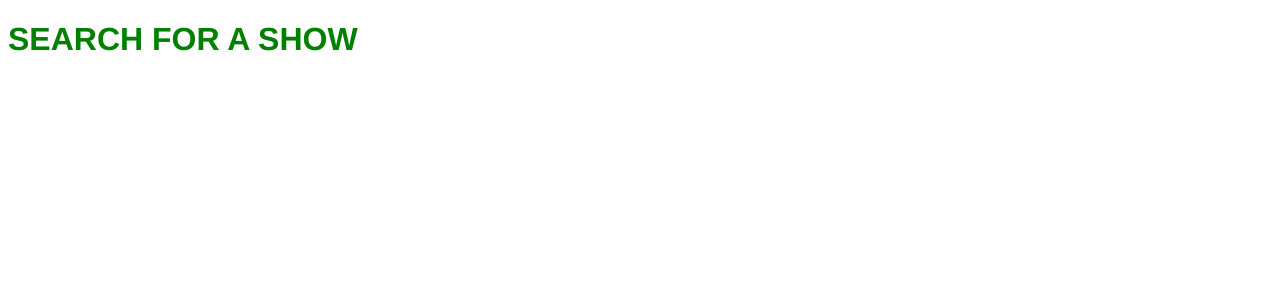
Repository: danielBorowik/tv-series
Page: /#/
An editor plug-in stored every save of this project. The page is shown before and after the next save, followed by the edit.
The browser window is 1280 px wide. The pictures show the whole page.
The project was rebuilt for these pictures with package versions that can differ from the ones it lists, and the page was loaded fresh each time. Also part of the build but not shown: src/components/searchItem.vue, src/components/modal.vue.

Above is the page before, as saved 2019-12-29 16:02:33.

After the next save:
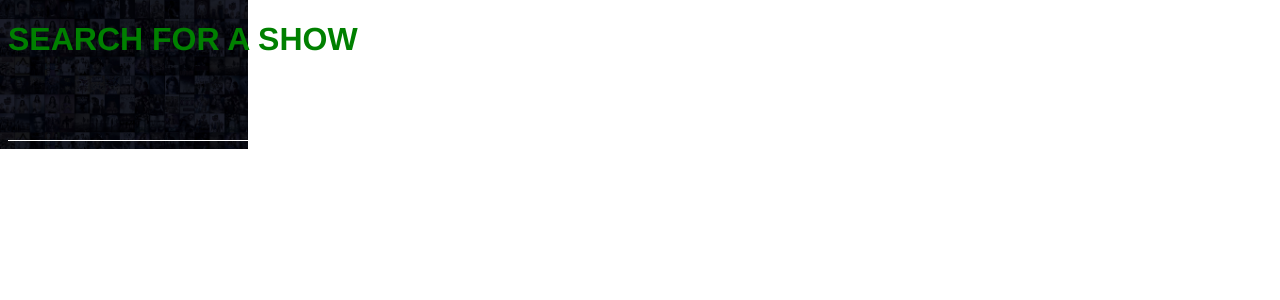
Saved 31 s later.
--- a/src/App.vue
+++ b/src/App.vue
@@ -10,6 +10,12 @@
 
 <style lang="scss">
 
+body {
+    background-image: url('./assets/bgc.jpg');
+    background-repeat: no-repeat;
+    background-size: contain;
+  }
+
 #app {
   font-family: 'Avenir', Helvetica, Arial, sans-serif;
   -webkit-font-smoothing: antialiased;
